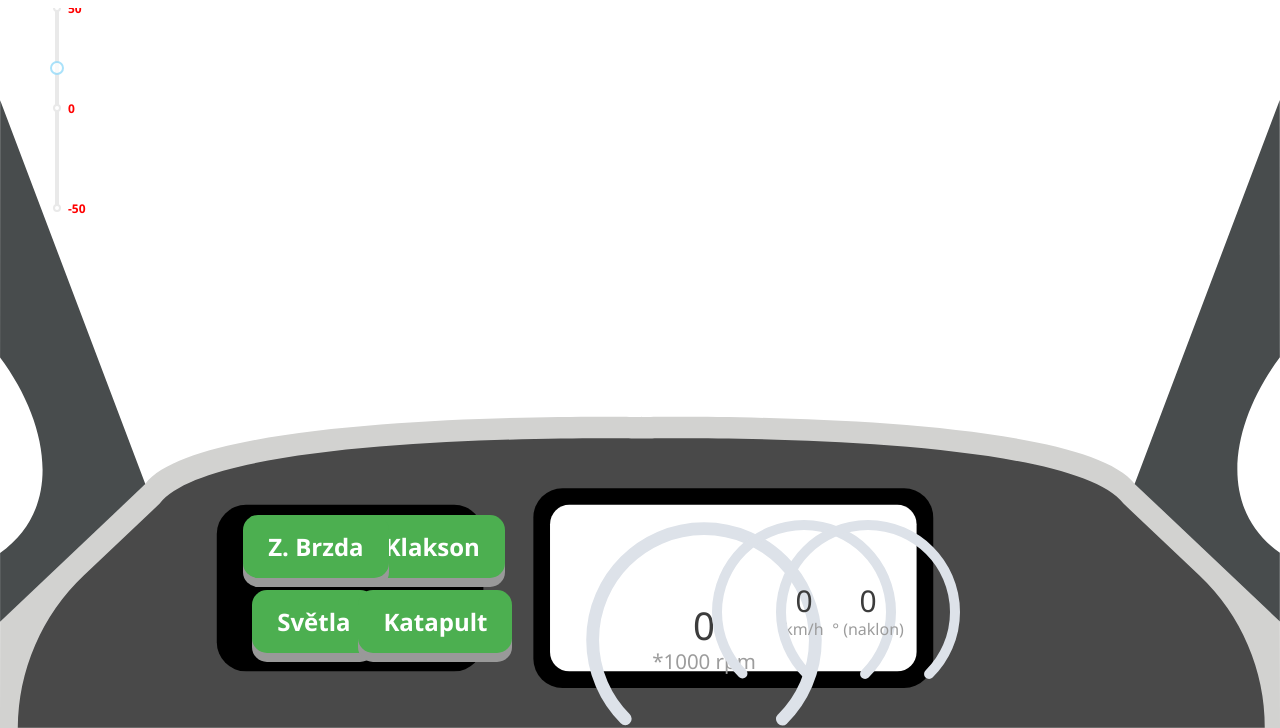
Repository: matyasvelc/train
Page: / (app in frontend/)
The author's editor kept a copy of each file at every save. The page is drawn from the files as they stood at one save, then again after the next save.
The browser window is 1280 px wide. The pictures show the whole page.
The page's requests for data from a server got no answer. The project was rebuilt for these pictures with package versions that can differ from the ones it lists, and the page was loaded fresh each time. No one was signed in, and anything a server would have sent is missing.

Above is the page before, as saved 2022-04-04 17:41:08.

### frontend/src/index.js
import React, { useEffect } from 'react'
import ReactDOM from 'react-dom'
import Progress from './lib/progress'
import './styles.css'
import Slider, { Range } from 'rc-slider';
import 'rc-slider/assets/index.css';

async function postData(url = '', data = {}) {
  // Default options are marked with *
  const response = await fetch(url, {
    method: 'POST', // *GET, POST, PUT, DELETE, etc.
    cache: 'no-cache', // *default, no-cache, reload, force-cache, only-if-cached
    headers: {
      'Content-Type': 'application/json'
    },
    redirect: 'follow', // manual, *follow, error
    referrerPolicy: 'no-referrer', // no-referrer, *no-referrer-when-downgrade, origin, origin-when-cross-origin, same-origin, strict-origin, strict-origin-when-cross-origin, unsafe-url
    body: JSON.stringify(data) // body data type must match "Content-Type" header
  });
  return response.json(); // parses JSON response into native JavaScript objects
}

const style = { float: 'left', width: 160, height: 200, marginBottom: 160, marginLeft: 50 };
const parentStyle = { overflow: 'hidden' };

const marks = {
  '-50': {
    style: {
      color: 'red',
    },
    label: <strong>-50</strong>,
  },
  0: {
    style: {
      color: 'red',
    },
    label: <strong>0</strong>,
  },
  50: {
    style: {
      color: 'red',
    },
    label: <strong>50</strong>,
  },
};

function App() {
  const [temp, setTemp] = React.useState()
  const [rpm, setRpm] = React.useState()
  const [speed, setSpeed] = React.useState()
  const [svetlo, setSvetlo] = React.useState()
  const [rychlost, setRychlost] = React.useState()

  useEffect(() => {
    const timer = setInterval(() => {
      fetch('http://127.0.0.1:5000/getSpeed')
        .then(res => {
          return res.json();
        })
        .then(data => {
          setSpeed(data.speed);
        });
    }, 1000);

    return () => clearInterval(timer);
  }, []);

  useEffect(() => {
    const timer = setInterval(() => {
      fetch('http://127.0.0.1:5000/getAngle')
        .then(res => {
          return res.json();
        })
        .then(data => {
          setTemp(data.angle);
        });
    }, 1000);

    return () => clearInterval(timer);
  }, []);

  useEffect(() => {
    const timer = setInterval(() => {
      fetch('http://127.0.0.1:5000/getRpm')
        .then(res => {
          return res.json();
        })
        .then(data => {
          setRpm(data.engine_speed);
        });
      }, 1000);

      return () => clearInterval(timer);
  }, []);

  function Svetlo() {
    console.log(svetlo);
    setSvetlo(!svetlo);
    postData('http://127.0.0.1:5000/setLightStatus', {"lights": !svetlo})
  }

  function Rychlost(value) {
    console.log(value);
    setRychlost(value);
    postData('http://127.0.0.1:5000/setSpeed', {"speed": value})
  }

  return (
    <div className="demo">
      <div className='vlak'>
      <Progress
        className="budik1"
        progress={rpm}
        max={4}
        subtitle="*1000 rpm"
        reduction={0.25}
        hideBall
        strokeWidth={10}
        gradient={[{stop: 0.0, color: '#f6416d'}, {stop: 1, color: '#fa6d7c'}]} />
      <Progress
      className="budik2"
        progress={speed}
        max={100}
        subtitle="km/h"
        reduction={0.25}
        hideBall
        strokeWidth={10} />
      <Progress
      className="budik3"
        progress={temp}
        min={-45}
        max={45}
        subtitle="° (naklon)"
        strokeWidth={10}
        reduction={0.25}
        hideBall
        gradient={[{stop: 0.0, color: '#f6416d'}, {stop: 1, color: '#fa6d7c'}]} />
        </div>
        <input id='svetla' class="svetla" onClick={Svetlo} checked={svetlo} type='checkbox'></input>
        <label class="button a" htmlFor='svetla'>Světla</label>
        <button class="button b" >Katapult</button>
        <button class="button c" >Klakson</button>
        <button class="button d" >Z. Brzda</button>
        <div style={parentStyle}>
          <div style={style}>
            <Slider vertical min={-50} max={50} step={2} marks={marks} included={false} onAfterChange={Rychlost} defaultValue={20}/>
          </div>
        </div>
        </div>
  )
}

ReactDOM.render(<App />, document.getElementById('root'))

### frontend/src/styles.css
body {
  background: none;
  font-family: 'Segoe UI', Tahoma, Geneva, Verdana, sans-serif;
  caret-color: transparent;
  user-select: none;
  overflow: hidden;
  padding: 0;
  left: 0;
  width: 100%;
  height: 100%;
}

.demo > div {
  width: 100%;
  height: 100%;
  position: absolute;
  left: 0;
  display: inline-block;
}
.vlak {
  background-image:url(./train.svg);
  background-repeat: no-repeat;
  background-size: 100%;
  width: 100%;
  height: 100%;
  overflow: hidden;
  background-position: bottom;
  position: absolute;
  display: inline-block;
}
.budik1{
  position: absolute;
  top: 70%;
  left: 45%;
  width: 20%;
}
.budik2{
  position: absolute;
  top: 70%;
  left: 55%;
}
.budik3{
  position: absolute;
  top: 70%;
  left: 60%;
}
.button {
  font-family: 'Segoe UI', Tahoma, Geneva, Verdana, sans-serif;
  display: inline-block;
  padding: 15px 25px;
  font-size: 24px;
  cursor: pointer;
  text-align: center;
  text-decoration: none;
  outline: none;
  color: #fff;
  background-color: #4CAF50;
  border: none;
  border-radius: 15px;
  box-shadow: 0 9px #999;
  caret-color: transparent;
  user-select: none;
  font-weight:600;
  position: absolute;
}
.button:active {
  background-color: #3e8e41;
  box-shadow: 0 5px #666;
  transform: translateY(4px);
}
.a{
  position: absolute;
  top: 82%;
  left: 19.7%;
}
.b{
  position: absolute;
  top: 82%;
  left: 28%;
}
.c{
  position: absolute;
  top: 71.5%;
  left: 28.1%;
}
.d{
  position: absolute;
  top: 71.5%;
  left: 19%;
}
.svetla{
  display: none;
  caret-color: transparent;
  user-select: none;
  position: absolute;
}
.svetla:checked + .button{
  background-color: #3e8e41;
  box-shadow: 0 5px #666;
  transform: translateY(4px);
}
.rychlost{
  user-select:all;
  position: absolute;
  top: ;
  left: ;
}

### frontend/src/lib/progress.module.css
.progress {
  font-family: 'Segoe UI', Tahoma, Geneva, Verdana, sans-serif;
  width: 200px;
}

.svg {
  display: block;
  width: 100%;
}

Loaded but not shown: frontend/public/index.html (common file); frontend/src/lib/progress.js (library)

After the next save:
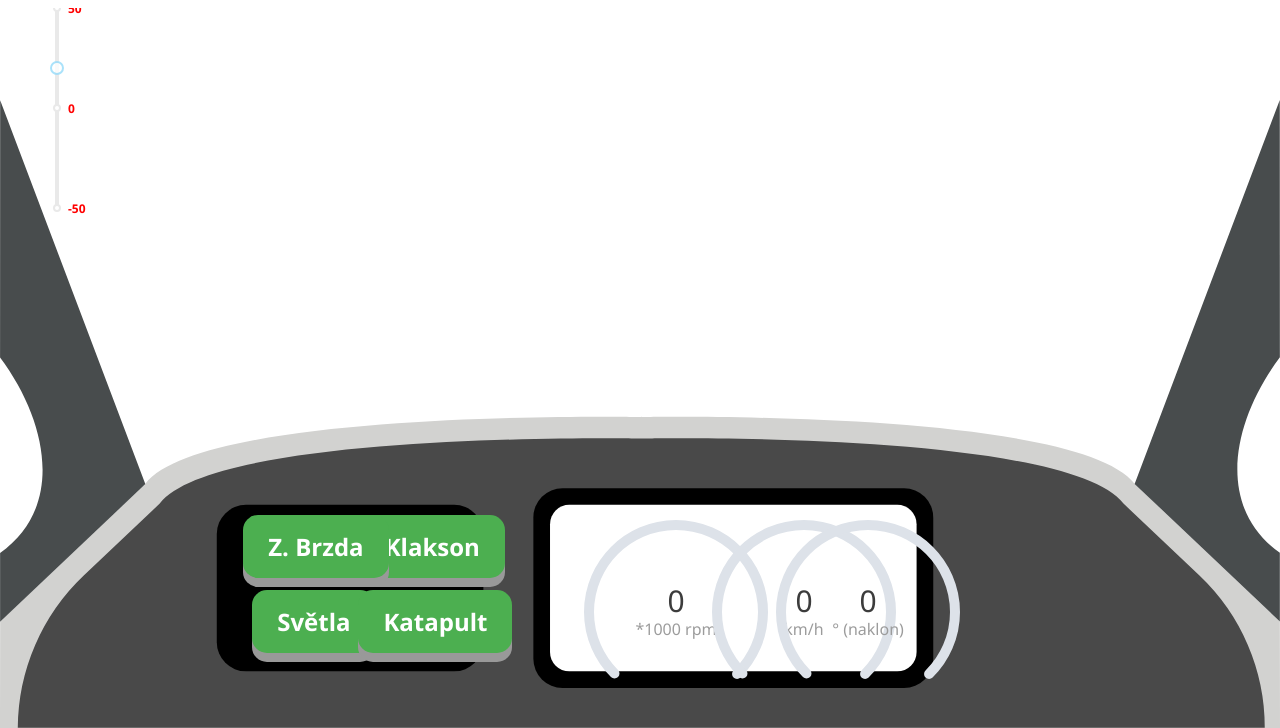
Saved 13 s later.
--- a/frontend/src/styles.css
+++ b/frontend/src/styles.css
@@ -32,7 +32,6 @@ body {
   position: absolute;
   top: 70%;
   left: 45%;
-  width: 20%;
 }
 .budik2{
   position: absolute;
